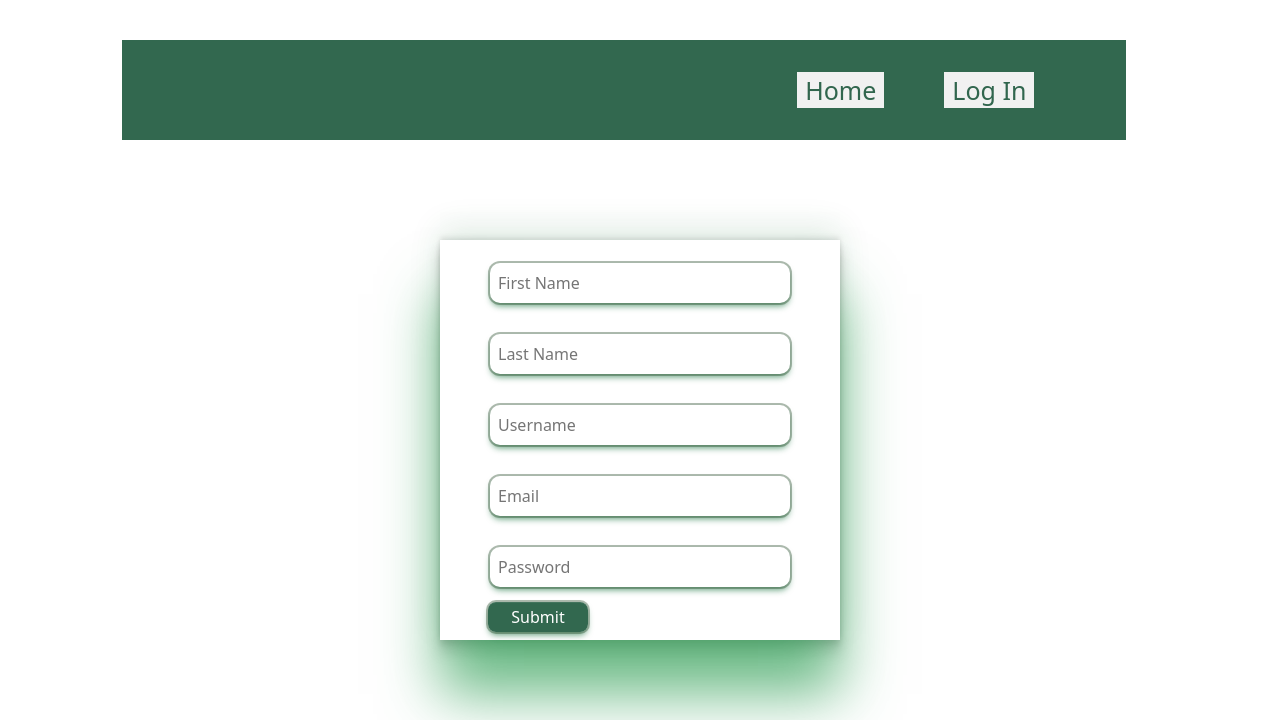
Repository: TH1985-Hub/Blog-Project
Page: registration.html
The author's editor kept a copy of each file at every save. The page is drawn from the files as they stood at one save, then again after a run of saves.
The browser window is 1280 px wide. The pictures show the whole page.

Above is the page before, as saved 2025-01-24 23:07:02.

After the next 2 saves:
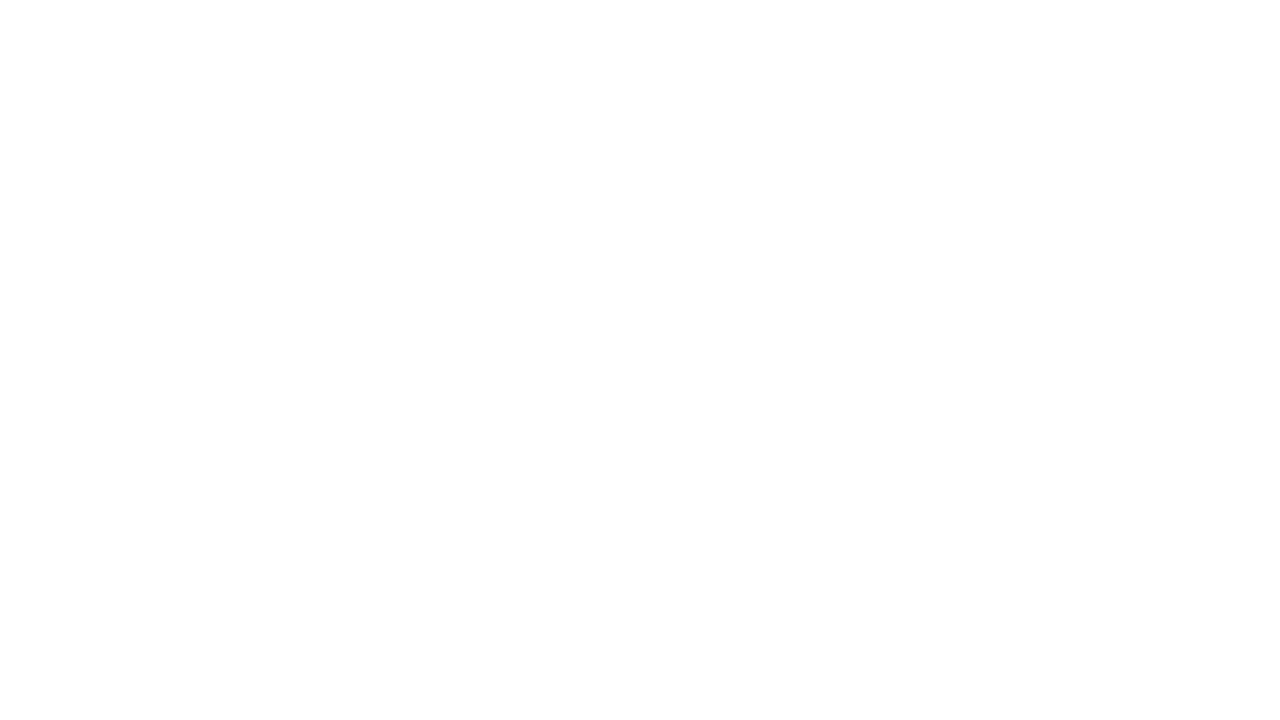
Console error: SyntaxError: Unexpected token 'const'
The 2 saves are shown as one change because they came seconds apart.
The last was saved 34 s later.
--- a/src/scripts/registration.js
+++ b/src/scripts/registration.js
@@ -31,6 +31,8 @@
         }
 
         console.log(user);
+
+        try
         const result = await api.auth.register(user);
         console.log(result);
 

After the 4 saves that followed:
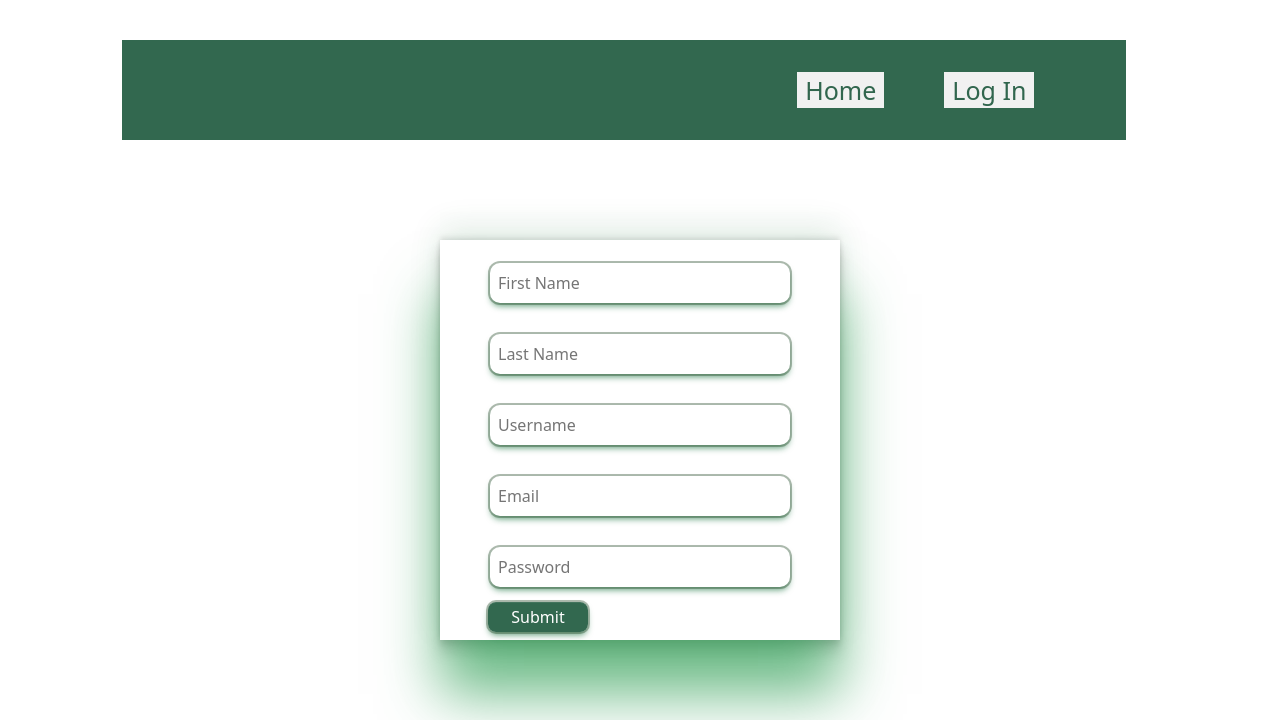
The error is gone.
The 4 saves are shown as one change because 2 left the picture as it was and some came seconds apart.
The last was saved 94 s later.
--- a/src/scripts/registration.js
+++ b/src/scripts/registration.js
@@ -32,7 +32,7 @@
 
         console.log(user);
 
-        try
+        try{
         const result = await api.auth.register(user);
         console.log(result);
 
@@ -41,7 +41,11 @@
         }else{
             alert("Registration failed");
         }
-    }
+    } catch (error) {
+        console.error("Registration Error:", error);
+        alert("Registration failed. Please try again.");
+      }
+    };
 
     submitButton.addEventListener('click', handleSubmit);
 
